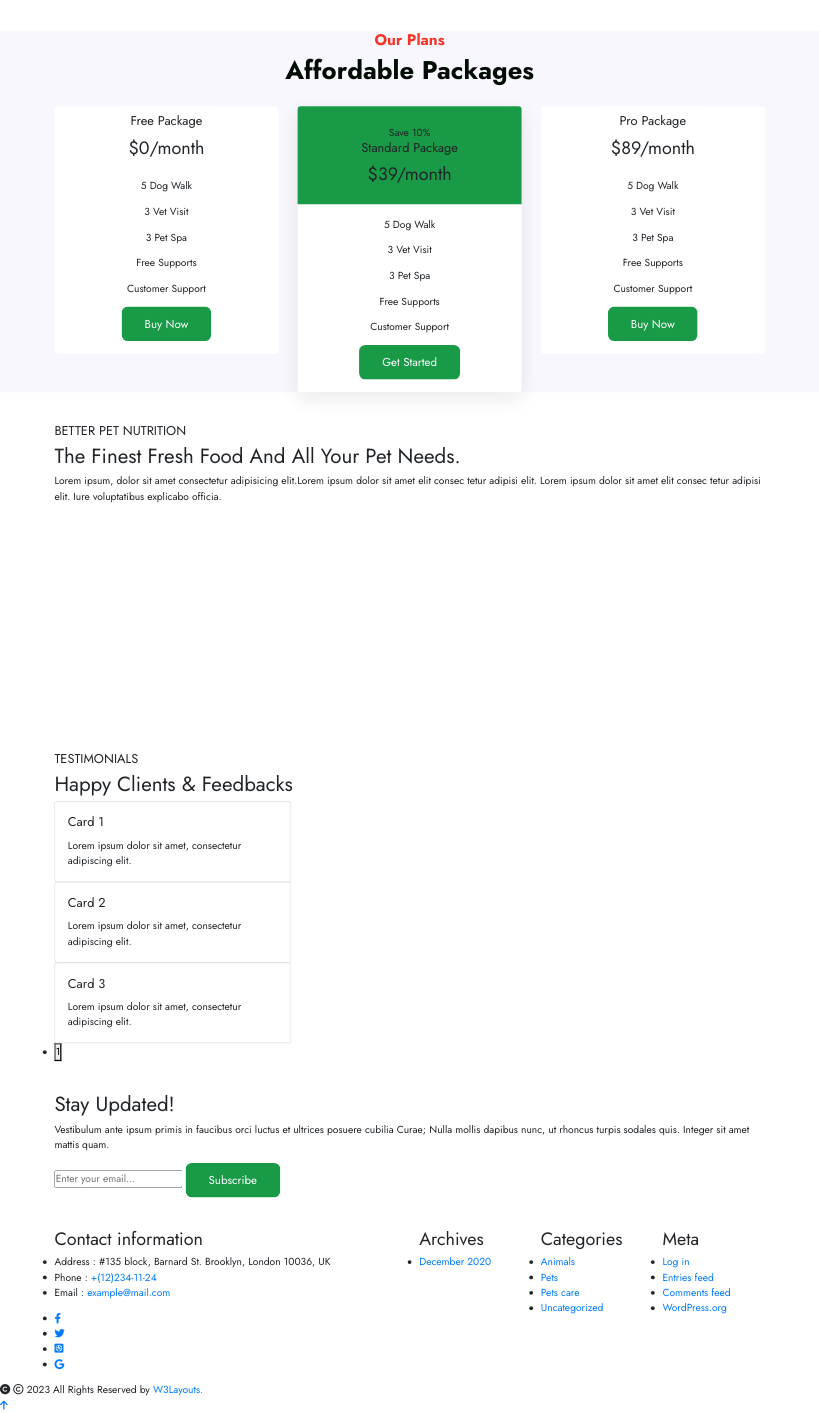
Repository: thanhfrankie/poochcare
Page: index.html
The author's editor kept a copy of each file at every save. The page is drawn from the files as they stood at one save, then again after the next save.
The browser window is 1280 px wide. The pictures show the whole page, at 64% of full size.
Pictures or frames that could not be fetched are drawn as grey boxes.

Above is the page before, as saved 2023-12-20 22:21:31.

### index.html
<!DOCTYPE html>
<html lang="en">
  <head>
    <title>Pooch Care</title>
    <!-- Required meta tags -->
    <meta charset="utf-8" />
    <meta
      name="viewport"
      content="width=device-width, initial-scale=1, shrink-to-fit=no"
    />
    <!-- FONT AWESOME -->
    <link
      rel="stylesheet"
      href="https://cdnjs.cloudflare.com/ajax/libs/font-awesome/6.4.2/css/all.min.css"
      integrity="sha512-z3gLpd7yknf1YoNbCzqRKc4qyor8gaKU1qmn+CShxbuBusANI9QpRohGBreCFkKxLhei6S9CQXFEbbKuqLg0DA=="
      crossorigin="anonymous"
      referrerpolicy="no-referrer"
    />
    <!-- Bootstrap CSS -->
    <link
      rel="stylesheet"
      href="https://stackpath.bootstrapcdn.com/bootstrap/4.3.1/css/bootstrap.min.css"
      integrity="sha384-ggOyR0iXCbMQv3Xipma34MD+dH/1fQ784/j6cY/iJTQUOhcWr7x9JvoRxT2MZw1T"
      crossorigin="anonymous"
    />
    <!-- Font Jost -->
    <link rel="preconnect" href="https://fonts.googleapis.com" />
    <link rel="preconnect" href="https://fonts.gstatic.com" crossorigin />
    <link
      href="https://fonts.googleapis.com/css2?family=Jost:wght@300;400;700&display=swap"
      rel="stylesheet"
    />
    <!-- Pricing CSS -->
    <link rel="stylesheet" href="./css/pricing.css" />
    <!-- pet food CSS (em đặt tên nutrition hay pet-nutrition hay pet__nutrition nó không cho đặt vậy ạ) -->
    <link rel="stylesheet" href="./css/petfood.css" />
    <!-- Testimonials CSS -->
    <link rel="stylesheet" href="./css/testimonials.css" />
    <!-- Subscribe CSS -->
    <link rel="stylesheet" href="./css/subscribe.css" />
    <!-- footer CSS -->
    <link rel="stylesheet" href="./css/footer.css" />
    <!-- Main CSS -->
    <link rel="stylesheet" href="./css/style.css" />
  </head>
  <body>
    <!-- Pricing -->
    <section class="pricing" id="pricing">
      <div class="container mt-5">
        <div class="title">
          <h4>Our Plans</h4>
          <h2>Affordable Packages</h2>
        </div>
        <div class="row mt-6 ">
          <!-- Pricing Card 1 -->
          <div class="col-lg-4">
            <div class="card">
              <div class="card-header">
                <h5 class="card-title">Free Package</h5>
                <h3 class="card-text">$0/month</h3>
              </div>
              <div class="card-body">
                <p class="card-text">5 Dog Walk</p>
                <p class="card-text">3 Vet Visit</p>
                <p class="card-text">3 Pet Spa</p>
                <p class="card-text">Free Supports</p>
                <p class="card-text">Customer Support</p>
                <a href="#" class="btn btn-buy">Buy Now</a>
              </div>
            </div>
          </div>

          <!-- Pricing Card 2 -->
          <div class="col-lg-4">
            <div class="card card2">
              <div class="card-header">
                <div class="card-save">Save 10%</div>
                <h5 class="card-title">Standard Package</h5>
                <h3 class="card-text">$39/month</h3>
              </div>
              <div class="card-body">
                <p class="card-text">5 Dog Walk</p>
                <p class="card-text">3 Vet Visit</p>
                <p class="card-text">3 Pet Spa</p>
                <p class="card-text">Free Supports</p>
                <p class="card-text">Customer Support</p>
                <a href="#" class="btn btn-buy">Get Started</a>
              </div>
            </div>
          </div>

          <!-- Pricing Card 3 -->
          <div class="col-lg-4">
            <div class="card">
              <div class="card-header">
                <h5 class="card-title">Pro Package</h5>
                <h3 class="card-text">$89/month</h3>
              </div>
              <div class="card-body">
                <p class="card-text">5 Dog Walk</p>
                <p class="card-text">3 Vet Visit</p>
                <p class="card-text">3 Pet Spa</p>
                <p class="card-text">Free Supports</p>
                <p class="card-text">Customer Support</p>
                <a href="#" class="btn btn-buy">Buy Now</a>
              </div>
            </div>
          </div>
        </div>
      </div>
    </section>
    <!-- PET NUTRITION -->
    <section class="nutrition">
      <div class="container mt-5">
        <h5>BETTER PET NUTRITION</h5>
        <h2>The Finest Fresh Food And All Your Pet Needs.</h2>
        <p>
          Lorem ipsum, dolor sit amet consectetur adipisicing elit.Lorem ipsum
          dolor sit amet elit consec tetur adipisi elit. Lorem ipsum dolor sit
          amet elit consec tetur adipisi elit. Iure voluptatibus explicabo
          officia.
        </p>
        <iframe
          width="560"
          height="315"
          src="https://www.youtube.com/embed/JXUTJNv4j6A?si=1nzgvqwKbkVzJ4BS"
          title="YouTube video player"
          frameborder="0"
          allow="accelerometer; autoplay; clipboard-write; encrypted-media; gyroscope; picture-in-picture; web-share"
          allowfullscreen
        ></iframe>
      </div>
    </section>
    <!-- TESTIMONIALS -->
    <section class="testimonial">
      <div class="container mt-5">
        <h5>TESTIMONIALS</h5>
        <h2>Happy Clients & Feedbacks</h2>
        <div class="slick-carousel">
          <!-- Slick Carousel Item 1 -->
          <div class="card">
            <div class="card-body">
              <h5 class="card-title">Card 1</h5>
              <p class="card-text">
                Lorem ipsum dolor sit amet, consectetur adipiscing elit.
              </p>
            </div>
          </div>

          <!-- Slick Carousel Item 2 -->
          <div class="card">
            <div class="card-body">
              <h5 class="card-title">Card 2</h5>
              <p class="card-text">
                Lorem ipsum dolor sit amet, consectetur adipiscing elit.
              </p>
            </div>
          </div>

          <!-- Slick Carousel Item 3 -->
          <div class="card">
            <div class="card-body">
              <h5 class="card-title">Card 3</h5>
              <p class="card-text">
                Lorem ipsum dolor sit amet, consectetur adipiscing elit.
              </p>
            </div>
          </div>
        </div>
      </div>
    </section>
    <!-- Subscribe -->
    <section class="subscribe">
      <div class="container mt-5">
        <h2>Stay Updated!</h2>
        <p>
          Vestibulum ante ipsum primis in faucibus orci luctus et ultrices
          posuere cubilia Curae; Nulla mollis dapibus nunc, ut rhoncus turpis
          sodales quis. Integer sit amet mattis quam.
        </p>
        <input
          type="email"
          name=""
          id="subscribe"
          placeholder="Enter your email..."
        />
        <button class="btn">Subscribe</button>
      </div>
    </section>
    <footer>
      <div class="container mt-5">
        <div class="row">
          <div class="col-lg-6">
            <h3>Contact information</h3>
            <ul class="footer__contact">
              <li>
                Address : #135 block, Barnard St. Brooklyn, London 10036, UK
              </li>
              <li>
                Phone :
                <span>
                  <a href="#">+(12)234-11-24</a>
                </span>
              </li>
              <li>
                Email :
                <span>
                  <a href="#">example@mail.com</a>
                </span>
              </li>
            </ul>
            <ul class="footer__social">
              <li>
                <a href="https://www.facebook.com/w3layouts/">
                  <i class="fa-brands fa-facebook-f"></i
                ></a>
              </li>
              <li>
                <a href="https://twitter.com/W3layouts"
                  ><i class="fa-brands fa-twitter"></i
                ></a>
              </li>
              <li>
                <a href="https://dribbble.com/w3layouts"
                  ><i class="fa-brands fa-square-dribbble"></i
                ></a>
              </li>
              <li>
                <a href="https://myaccount.google.com/intro/profile"
                  ><i class="fa-brands fa-google"></i
                ></a>
              </li>
            </ul>
          </div>
          <div class="col-lg-6">
            <div class="row">
              <div class="col-sm-4">
                <h3>Archives</h3>
                <ul>
                  <li>
                    <a href="#"> December 2020 </a>
                  </li>
                </ul>
              </div>
              <div class="col-sm-4">
                <h3>Categories</h3>
                <ul>
                  <li>
                    <a href="#"> Animals </a>
                  </li>
                  <li>
                    <a href="#"> Pets </a>
                  </li>
                  <li>
                    <a href="#"> Pets care </a>
                  </li>
                  <li>
                    <a href="#"> Uncategorized </a>
                  </li>
                </ul>
              </div>
              <div class="col-sm-4">
                <h3>Meta</h3>
                <ul>
                  <li>
                    <a href="#"> Log in </a>
                  </li>
                  <li>
                    <a href="#"> Entries feed </a>
                  </li>
                  <li>
                    <a href="#"> Comments feed </a>
                  </li>
                  <li>
                    <a href="#"> WordPress.org </a>
                  </li>
                </ul>
              </div>
            </div>
          </div>
        </div>
      </div>
      <div class="copyright">
        <i class="fa fa-copyright" aria-hidden="true"></i>
        <i class="fa-regular fa-copyright"></i>
        <span
          >2023 All Rights Reserved by
          <a href="https://w3layouts.com/">W3Layouts.</a></span
        >
      </div>
    </footer>
    <a href="#" class="backToTop cd-top text-replace js-cd-top">
      <i class="fa fa-arrow-up"></i>
    </a>
    <!-- Optional JavaScript -->
    <!-- jQuery first, then Popper.js, then Bootstrap JS -->
    <script
      src="https://code.jquery.com/jquery-3.3.1.slim.min.js"
      integrity="sha384-q8i/X+965DzO0rT7abK41JStQIAqVgRVzpbzo5smXKp4YfRvH+8abtTE1Pi6jizo"
      crossorigin="anonymous"
    ></script>
    <script
      src="https://cdnjs.cloudflare.com/ajax/libs/popper.js/1.14.7/umd/popper.min.js"
      integrity="sha384-UO2eT0CpHqdSJQ6hJty5KVphtPhzWj9WO1clHTMGa3JDZwrnQq4sF86dIHNDz0W1"
      crossorigin="anonymous"
    ></script>
    <script
      src="https://stackpath.bootstrapcdn.com/bootstrap/4.3.1/js/bootstrap.min.js"
      integrity="sha384-JjSmVgyd0p3pXB1rRibZUAYoIIy6OrQ6VrjIEaFf/nJGzIxFDsf4x0xIM+B07jRM"
      crossorigin="anonymous"
    ></script>
    <!-- slick carousel  -->
    <script
      src="https://cdnjs.cloudflare.com/ajax/libs/slick-carousel/1.8.1/slick.min.js"
      integrity="sha512-XtmMtDEcNz2j7ekrtHvOVR4iwwaD6o/FUJe6+Zq+HgcCsk3kj4uSQQR8weQ2QVj1o0Pk6PwYLohm206ZzNfubg=="
      crossorigin="anonymous"
      referrerpolicy="no-referrer"
    ></script>
    <script>
      // Initialize Slick Carousel
      $(".slick-carousel").slick({
        slidesToShow: 3,
        slidesToScroll: 1,
        dots: true,
        prevArrow: '<button type="button" class="slick-prev">&#9665;</button>',
        nextArrow: '<button type="button" class="slick-next">&#9655;</button>',
        responsive: [
          {
            breakpoint: 768,
            settings: {
              slidesToShow: 2,
            },
          },
          {
            breakpoint: 576,
            settings: {
              slidesToShow: 1,
            },
          },
        ],
      });
    </script>
  </body>
</html>

### css/pricing.css
.pricing {
  background-color: #f9f7fe;
}
.pricing .container {
  width: 100%;
}
.pricing .container .title {
  display: flex;
  justify-content: center;
  align-items: center;
  flex-direction: column;
  padding-bottom: 25px;
}
.pricing .container .title h4 {
  color: #f53626;
  font-weight: 550;
}
.pricing .title h2 {
  font-size: 40px;
  font-weight: 600;
  line-height: 48px;
  text-transform: capitalize;
  color: #000c04;
}
.pricing .container .row {
  /* border: 1px solid blue; */
}
.pricing .container .row .card {
  display: flex;
  justify-content: center;
  align-items: center;
  flex-direction: column;
  text-align: center;
  background-color: #ffffff;
  border-radius: 5px;
  border: none;
}
.pricing .container .row .card .card-header {
    background-color: white;
    border:  none;
}
.pricing .container .row .card2 {
  box-shadow: 0 10px 30px 0 rgba(17, 17, 17, 0.09);
  z-index: 1;
}
.pricing .container .row .card2 .card-header {
  width: 100%;
  padding: 30px 0;
  background-color: #189a46;
  border-top-right-radius: 5px;
  border-top-left-radius: 5px;
  line-height: 1.5;
}
/* .pricing .container .row .card2 .card-header::before {
    content: "";
    width: 100%;
    height: 150px;
    position: absolute;
    top: 0;
    left: 0;
    background-color: #189a46;
    transform: translateY(-50%);
    z-index: -1;
    margin-top: 50px;
} */
.btn-buy,.btn {
    background-color: #189a46;
    padding: 12px 35px;
    font-size: 18px;
    line-height: 28px;
    text-transform: capitalize;
    font-weight: 400;
    color: white;
    border-radius: 10px;
}
.btn:hover {
    color: #fff;
    background-color: #116E32;
    border-color: #116E32;
}
.pricing .container .row .card2 .btn-buy:hover{
    background-color: #189a46;
    border-color: #189a46;
}

### css/testimonials.css
TESTIMONIALS

### css/style.css
/* Global */
* {
  padding: 0;
  margin: 0;
  box-sizing: border-box;
}
html,
body {
  font-family: "Jost", sans-serif;
}

Loaded but not shown: css/footer.css (no copy from this time; the picture is the same without it); css/petfood.css (no copy from this time; the picture is the same without it); css/subscribe.css (no copy from this time; the picture is the same without it)

After the next save:
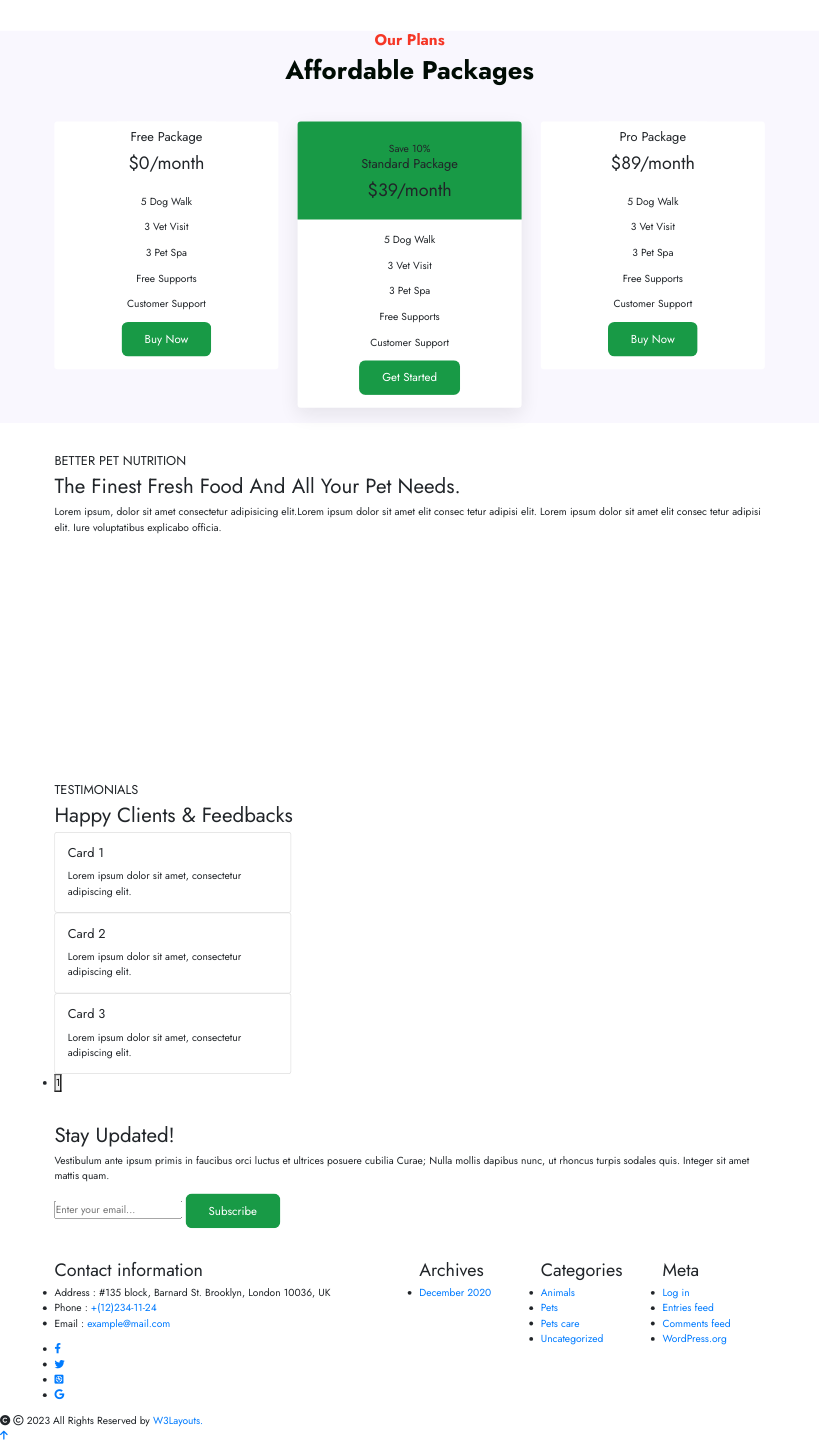
Saved 35 s later.
--- a/index.html
+++ b/index.html
@@ -51,7 +51,7 @@
           <h4>Our Plans</h4>
           <h2>Affordable Packages</h2>
         </div>
-        <div class="row mt-6 ">
+        <div class="row mt-6 py-4">
           <!-- Pricing Card 1 -->
           <div class="col-lg-4">
             <div class="card">

After the save that followed:
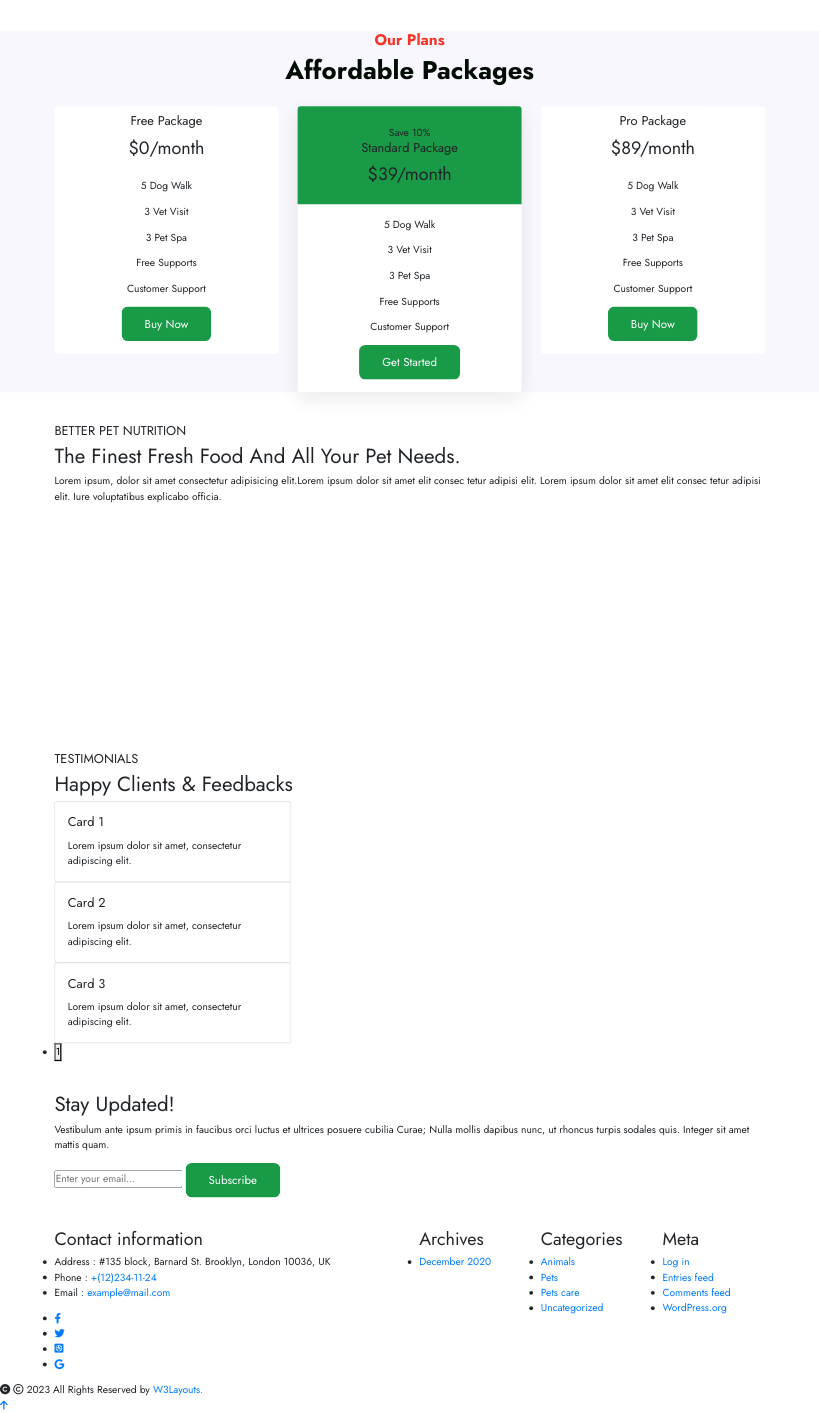
Saved 29 s later.
--- a/index.html
+++ b/index.html
@@ -51,7 +51,7 @@
           <h4>Our Plans</h4>
           <h2>Affordable Packages</h2>
         </div>
-        <div class="row mt-6 py-4">
+        <div class="row mt-6 py-6">
           <!-- Pricing Card 1 -->
           <div class="col-lg-4">
             <div class="card">
